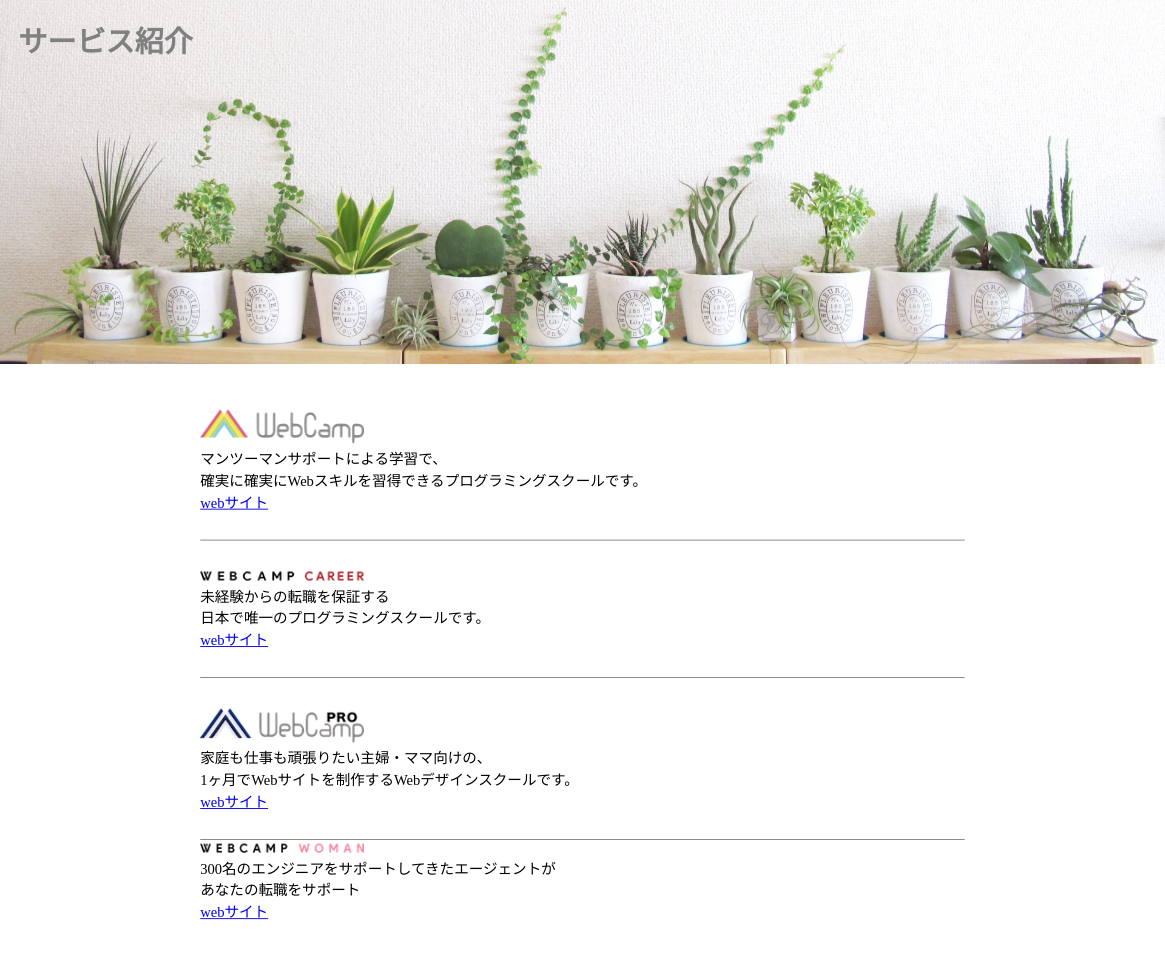
Repository: ryosei-110/HTML-CSS-
Page: 1-7exercise/1-7.html
The author's editor kept a record of every edit. The page is drawn from the files as they stood at one moment, then again after the next edit.
The browser window is 1280 px wide. The pictures show the whole page, at 91% of full size.

Above is the page before.

After the next edit:
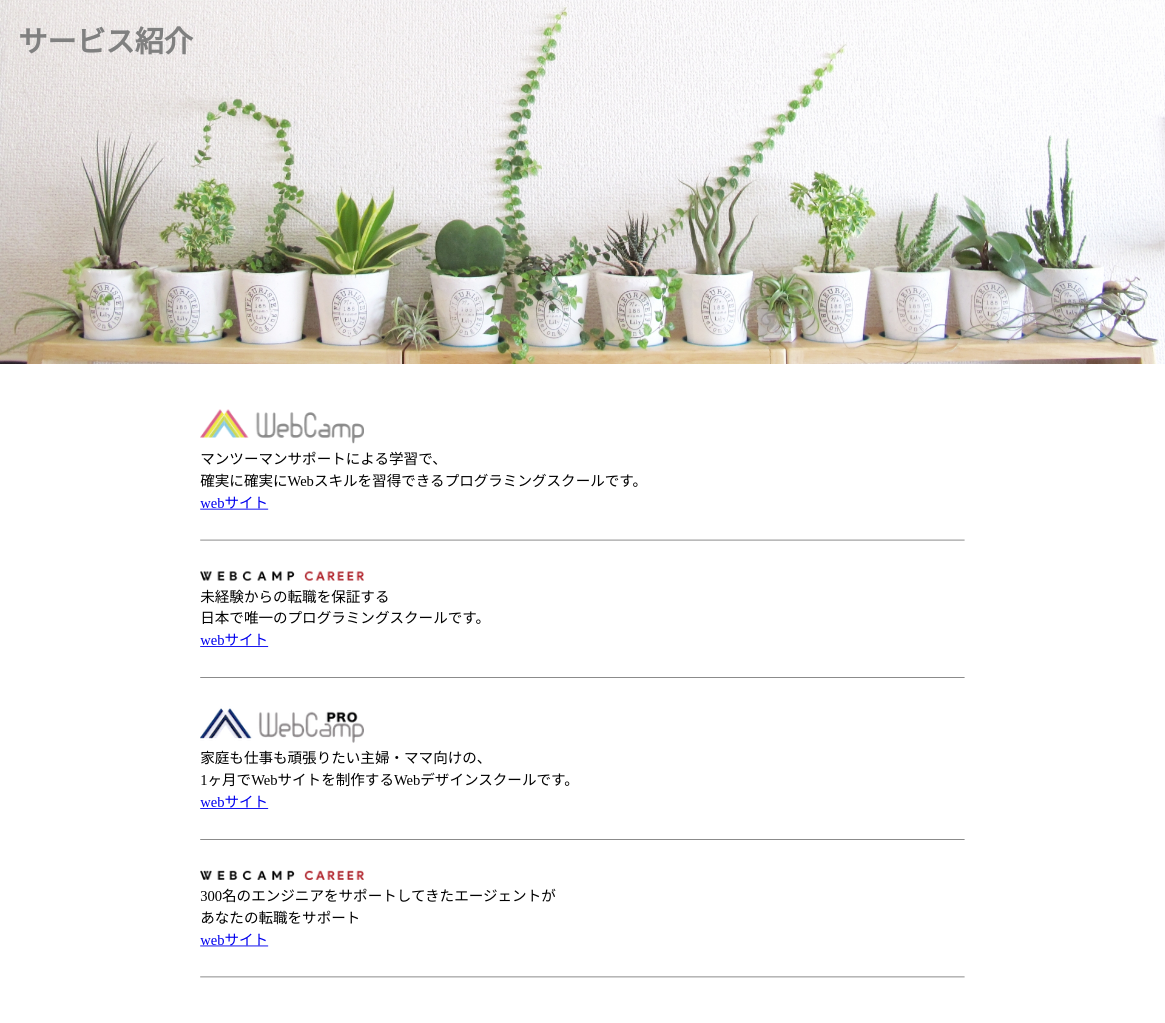
The edit:
--- a/1-7exercise/1-7.html
+++ b/1-7exercise/1-7.html
@@ -37,8 +37,8 @@
         <a href="1-7.html">webサイト</a>
       </p>
     </div>
-    <div class="main-item">
-      <img class="main-image" src="img/wcw-logo.png">
+    <div class="main-item2">
+      <img class="main-image" src="img/wcc-logo.png">
       <p class="main-text">
         300名のエンジニアをサポートしてきたエージェントが<br>
         あなたの転職をサポート<br>
